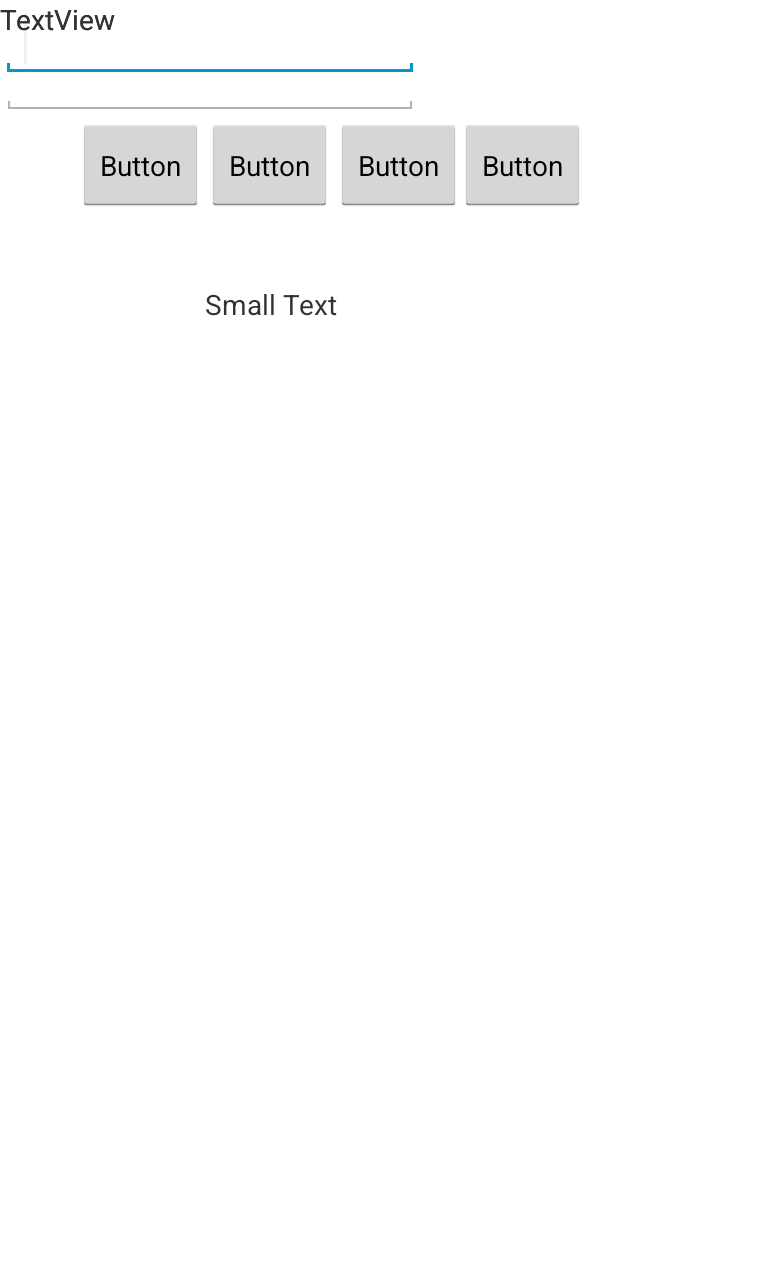
Repository: Rennanxp2/Android_Exercices_done
Layout: Exercícios Android/Ex2/res/layout/activity_calculadora.xml
An editor plug-in stored every save of this project. The layout is shown before and after the next save, followed by the edit.
It is drawn on a 768 x 1280 px phone screen (xhdpi) without system bars, with theme AppTheme; the app's code is not run.

Above is the layout before, as saved 2017-09-09 02:09:05.

### Exercícios Android/Ex2/res/layout/activity_calculadora.xml
<RelativeLayout xmlns:android="http://schemas.android.com/apk/res/android"
    xmlns:tools="http://schemas.android.com/tools"
    android:layout_width="match_parent"
    android:layout_height="match_parent"
    tools:context="${relativePackage}.${activityClass}" >

    <TextView
        android:id="@+id/lblValor1"
        android:layout_width="wrap_content"
        android:layout_height="wrap_content"
        android:layout_alignParentLeft="true"
        android:layout_alignParentTop="true"
        android:text="TextView" />

    <EditText
        android:id="@+id/editValor1"
        android:layout_width="wrap_content"
        android:layout_height="wrap_content"
        android:layout_alignParentLeft="true"
        android:layout_below="@+id/textView1"
        android:ems="10" >

        <requestFocus />
    </EditText>

    <TextView
        android:id="@+id/textView2"
        android:layout_width="wrap_content"
        android:layout_height="wrap_content"
        android:layout_alignParentLeft="true"
        android:layout_below="@+id/editText1"
        android:text="TextView" />

    <EditText
        android:id="@+id/editText2"
        android:layout_width="wrap_content"
        android:layout_height="wrap_content"
        android:layout_alignParentLeft="true"
        android:layout_below="@+id/textView2"
        android:ems="10" />

    <Button
        android:id="@+id/button2"
        style="?android:attr/buttonStyleSmall"
        android:layout_width="wrap_content"
        android:layout_height="wrap_content"
        android:layout_alignBaseline="@+id/button3"
        android:layout_alignBottom="@+id/button3"
        android:layout_toLeftOf="@+id/button3"
        android:text="Button" />

    <Button
        android:id="@+id/button1"
        style="?android:attr/buttonStyleSmall"
        android:layout_width="wrap_content"
        android:layout_height="wrap_content"
        android:layout_alignBaseline="@+id/button2"
        android:layout_alignBottom="@+id/button2"
        android:layout_toLeftOf="@+id/button2"
        android:text="Button" />

    <Button
        android:id="@+id/button4"
        style="?android:attr/buttonStyleSmall"
        android:layout_width="wrap_content"
        android:layout_height="wrap_content"
        android:layout_below="@+id/editText2"
        android:layout_marginLeft="19dp"
        android:layout_toRightOf="@+id/editText2"
        android:text="Button" />

    <Button
        android:id="@+id/button3"
        style="?android:attr/buttonStyleSmall"
        android:layout_width="wrap_content"
        android:layout_height="wrap_content"
        android:layout_alignBaseline="@+id/button4"
        android:layout_alignBottom="@+id/button4"
        android:layout_alignRight="@+id/button4"
        android:layout_marginRight="62dp"
        android:text="Button" />

    <TextView
        android:id="@+id/textView3"
        android:layout_width="wrap_content"
        android:layout_height="wrap_content"
        android:layout_alignLeft="@+id/button2"
        android:layout_below="@+id/button2"
        android:layout_marginTop="36dp"
        android:text="Small Text"
        android:textAppearance="?android:attr/textAppearanceSmall" />

</RelativeLayout>

Loaded but not shown: Exercícios Android/Ex2/res/values/styles.xml (common file); Exercícios Android/Ex2/res/values-v11/styles.xml (common file); Exercícios Android/Ex2/res/values-v14/styles.xml (common file)

After the next save:
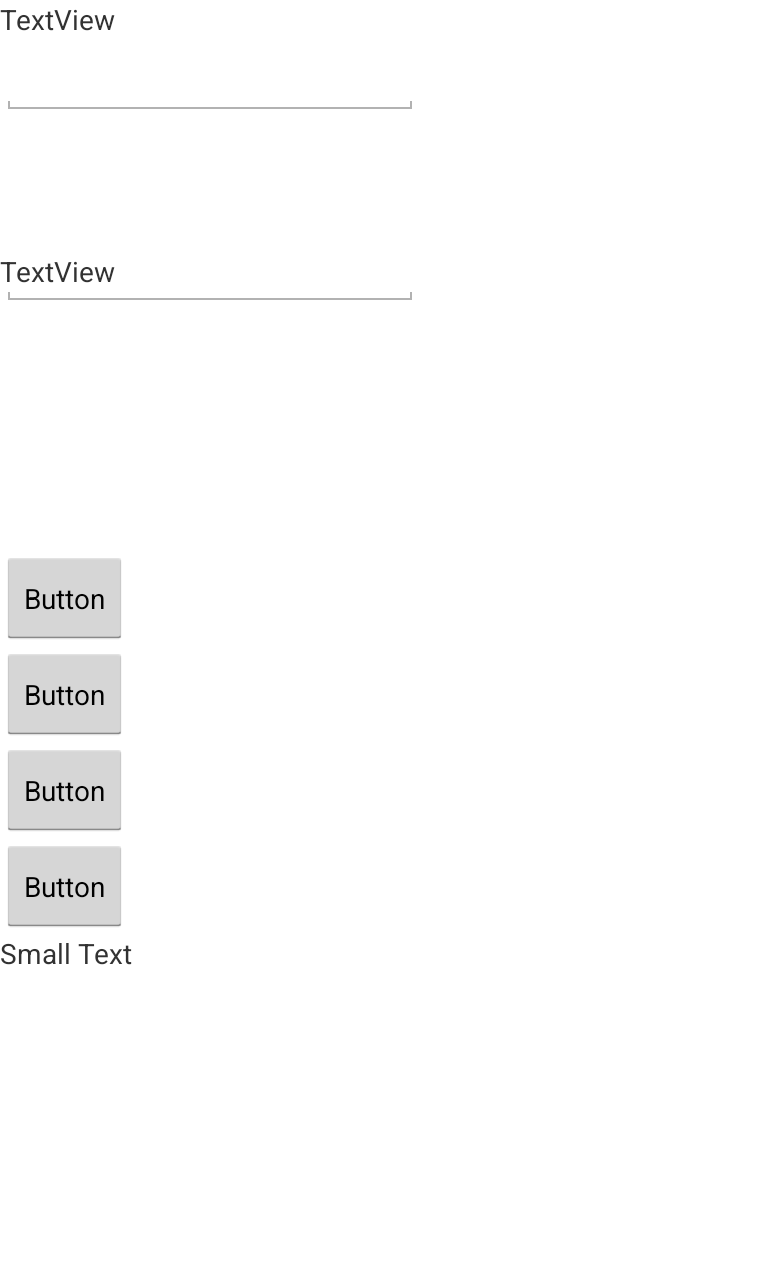
Saved 59 s later.
--- a/Exercícios Android/Ex2/res/layout/activity_calculadora.xml
+++ b/Exercícios Android/Ex2/res/layout/activity_calculadora.xml
@@ -12,41 +12,23 @@
         android:layout_alignParentTop="true"
         android:text="TextView" />
 
-    <EditText
-        android:id="@+id/editValor1"
+    <Button
+        android:id="@+id/button3"
+        style="?android:attr/buttonStyleSmall"
         android:layout_width="wrap_content"
         android:layout_height="wrap_content"
         android:layout_alignParentLeft="true"
-        android:layout_below="@+id/textView1"
-        android:ems="10" >
-
-        <requestFocus />
-    </EditText>
-
-    <TextView
-        android:id="@+id/textView2"
-        android:layout_width="wrap_content"
-        android:layout_height="wrap_content"
-        android:layout_alignParentLeft="true"
-        android:layout_below="@+id/editText1"
-        android:text="TextView" />
-
-    <EditText
-        android:id="@+id/editText2"
-        android:layout_width="wrap_content"
-        android:layout_height="wrap_content"
-        android:layout_alignParentLeft="true"
-        android:layout_below="@+id/textView2"
-        android:ems="10" />
+        android:layout_below="@+id/editText2"
+        android:layout_marginTop="121dp"
+        android:text="Button" />
 
     <Button
         android:id="@+id/button2"
         style="?android:attr/buttonStyleSmall"
         android:layout_width="wrap_content"
         android:layout_height="wrap_content"
-        android:layout_alignBaseline="@+id/button3"
-        android:layout_alignBottom="@+id/button3"
-        android:layout_toLeftOf="@+id/button3"
+        android:layout_alignParentLeft="true"
+        android:layout_below="@+id/button3"
         android:text="Button" />
 
     <Button
@@ -54,9 +36,8 @@
         style="?android:attr/buttonStyleSmall"
         android:layout_width="wrap_content"
         android:layout_height="wrap_content"
-        android:layout_alignBaseline="@+id/button2"
-        android:layout_alignBottom="@+id/button2"
-        android:layout_toLeftOf="@+id/button2"
+        android:layout_alignParentLeft="true"
+        android:layout_below="@+id/button2"
         android:text="Button" />
 
     <Button
@@ -64,30 +45,43 @@
         style="?android:attr/buttonStyleSmall"
         android:layout_width="wrap_content"
         android:layout_height="wrap_content"
-        android:layout_below="@+id/editText2"
-        android:layout_marginLeft="19dp"
-        android:layout_toRightOf="@+id/editText2"
-        android:text="Button" />
-
-    <Button
-        android:id="@+id/button3"
-        style="?android:attr/buttonStyleSmall"
-        android:layout_width="wrap_content"
-        android:layout_height="wrap_content"
-        android:layout_alignBaseline="@+id/button4"
-        android:layout_alignBottom="@+id/button4"
-        android:layout_alignRight="@+id/button4"
-        android:layout_marginRight="62dp"
+        android:layout_alignParentLeft="true"
+        android:layout_below="@+id/button1"
         android:text="Button" />
 
     <TextView
         android:id="@+id/textView3"
         android:layout_width="wrap_content"
         android:layout_height="wrap_content"
-        android:layout_alignLeft="@+id/button2"
-        android:layout_below="@+id/button2"
-        android:layout_marginTop="36dp"
+        android:layout_alignParentLeft="true"
+        android:layout_below="@+id/button4"
         android:text="Small Text"
         android:textAppearance="?android:attr/textAppearanceSmall" />
 
+    <EditText
+        android:id="@+id/editText2"
+        android:layout_width="wrap_content"
+        android:layout_height="wrap_content"
+        android:layout_alignParentLeft="true"
+        android:layout_below="@+id/editValor1"
+        android:layout_marginTop="56dp"
+        android:ems="10" />
+
+    <TextView
+        android:id="@+id/textView2"
+        android:layout_width="wrap_content"
+        android:layout_height="wrap_content"
+        android:layout_alignBaseline="@+id/editText2"
+        android:layout_alignBottom="@+id/editText2"
+        android:layout_alignParentLeft="true"
+        android:text="TextView" />
+
+    <EditText
+        android:id="@+id/editValor1"
+        android:layout_width="wrap_content"
+        android:layout_height="wrap_content"
+        android:layout_alignParentLeft="true"
+        android:layout_below="@+id/lblValor1"
+        android:ems="10" />
+
 </RelativeLayout>
